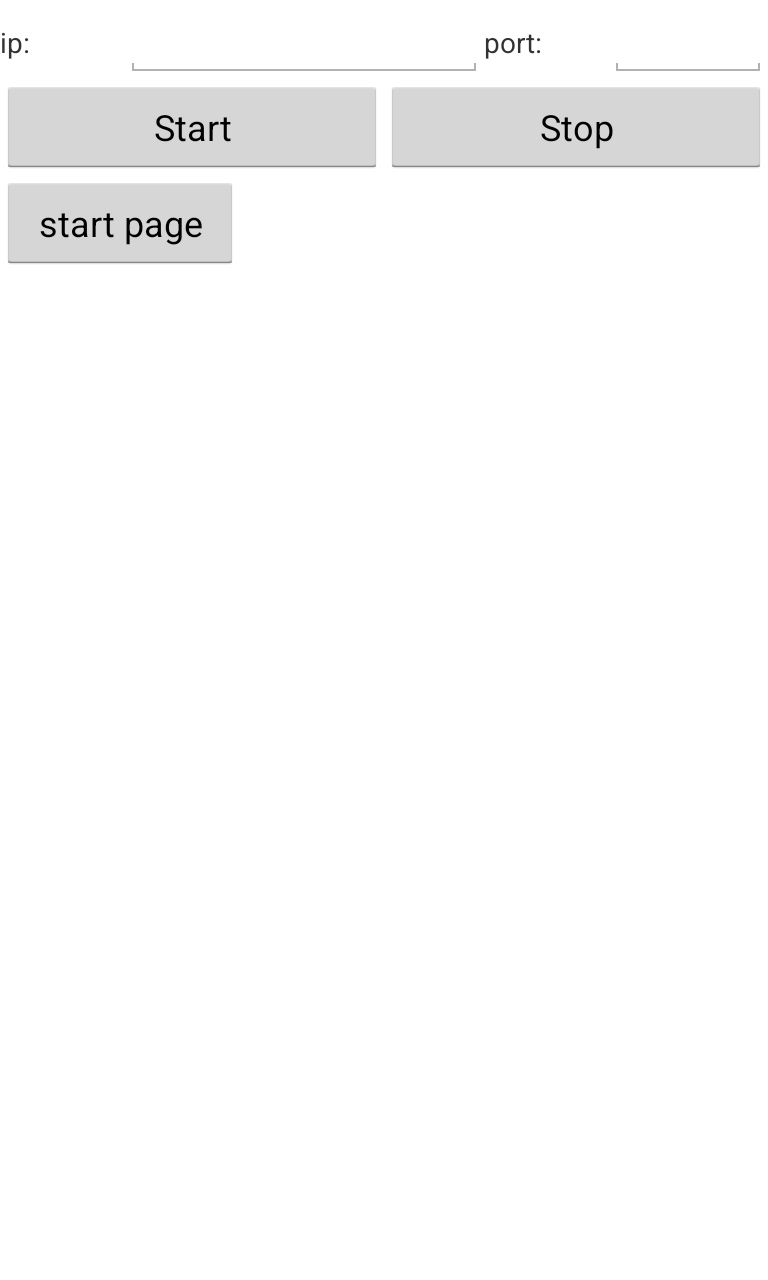
Repository: dthas/d_firewall_c
Layout: src/main/android/eclipse_project/dfirewall/res/layout/out_pl.xml
These files come from the project's save history. The layout is drawn as it stood at one moment and after the next save; the edit follows.
It is drawn on a 768 x 1280 px phone screen (xhdpi) without system bars, with theme AppTheme; the app's code is not run.

Above is the layout before, as saved 2017-02-16 07:46:58.

After the next save:
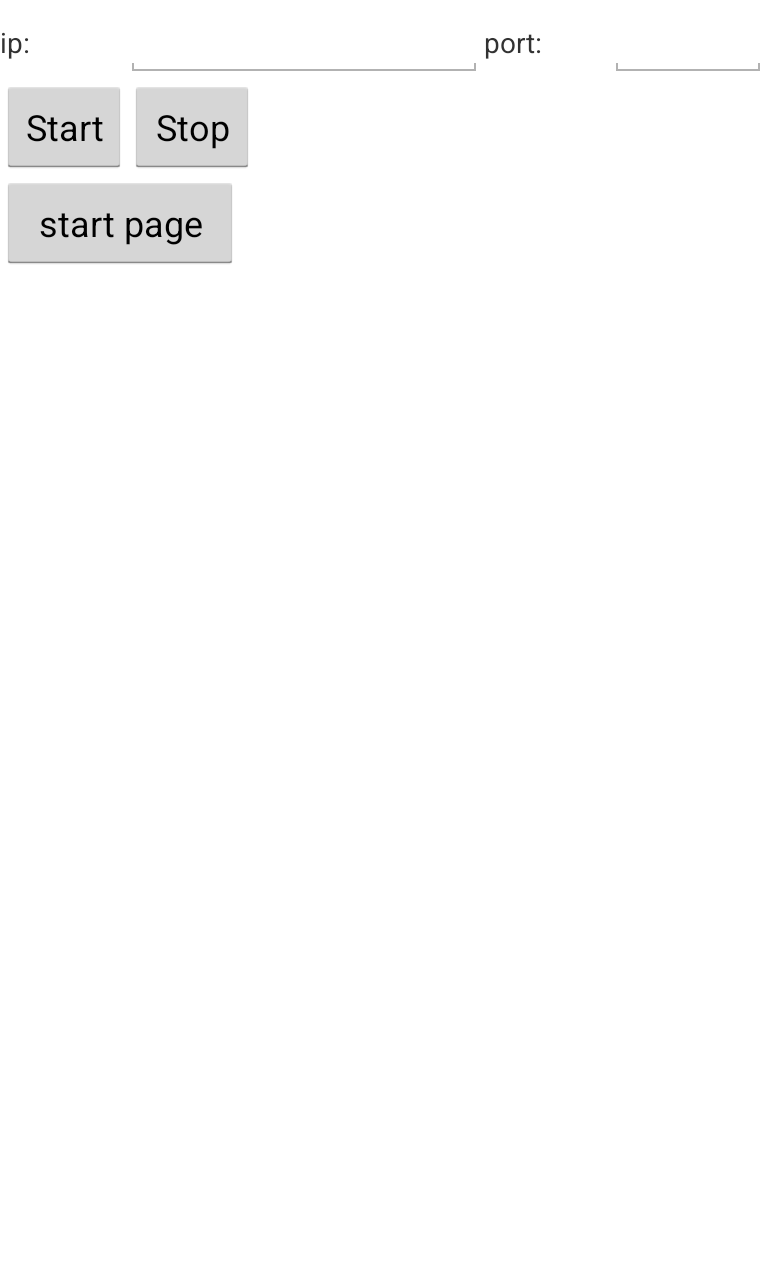
Saved 4 min 38 s later.
--- a/src/main/android/eclipse_project/dfirewall/res/layout/out_pl.xml
+++ b/src/main/android/eclipse_project/dfirewall/res/layout/out_pl.xml
@@ -40,13 +40,13 @@ android:orientation="vertical" >
 	</LinearLayout>
 
     <LinearLayout
-        android:layout_width="fill_parent"
+        android:layout_width="wrap_content"
 		android:layout_height="wrap_content"
 		android:orientation="horizontal">
 
 		<Button
 			android:id="@+id/button_2"
-			android:layout_width="fill_parent"
+			android:layout_width="wrap_content"
 			android:layout_height="wrap_content"
 			android:layout_weight="1"
 			android:text="Start" />
